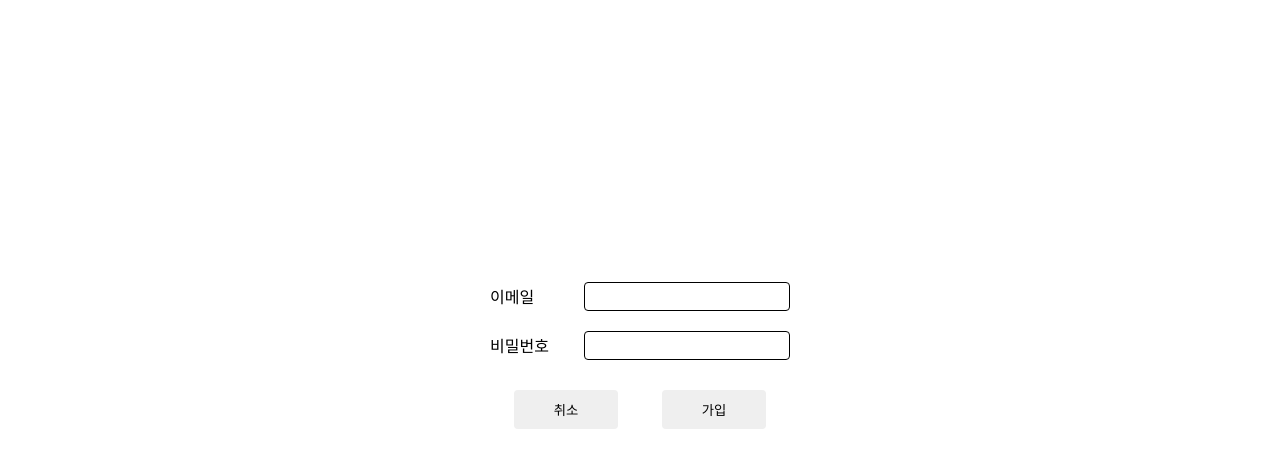
Repository: momo0170/react-shopping
Page: /register
The author's editor kept a copy of each file at every save. The page is drawn from the files as they stood at one save, then again after the next save.
The browser window is 1280 px wide. The pictures show the whole page.
The page's requests for data from a server got no answer. Some web fonts or font styles are not loaded; a fallback is used. The project was rebuilt for these pictures with package versions that can differ from the ones it lists, and the page was loaded fresh each time. No one was signed in, and anything a server would have sent is missing. Also part of the build but not shown: src/App.css, src/css/Header.module.css, src/components/Header.jsx, src/App.js, src/router/Products.jsx, src/css/Login.module.css, src/router/Login.jsx.

Above is the page before, as saved 2023-02-22 20:22:54.

### public/index.html
<!DOCTYPE html>
<html lang="en">
  <head>
    <meta charset="utf-8" />
    <link rel="icon" href="%PUBLIC_URL%/images/shopping.png" />
    <meta name="viewport" content="width=device-width, initial-scale=1" />
    <meta name="theme-color" content="#000000" />
    <meta
      name="description"
      content="Web site created using create-react-app"
    />
    <!-- <link rel="apple-touch-icon" href="%PUBLIC_URL%/logo192.png" /> -->
    <!--
      manifest.json provides metadata used when your web app is installed on a
      user's mobile device or desktop. See https://developers.google.com/web/fundamentals/web-app-manifest/
    -->

    <!--
      Notice the use of %PUBLIC_URL% in the tags above.
      It will be replaced with the URL of the `public` folder during the build.
      Only files inside the `public` folder can be referenced from the HTML.

      Unlike "/favicon.ico" or "favicon.ico", "%PUBLIC_URL%/favicon.ico" will
      work correctly both with client-side routing and a non-root public URL.
      Learn how to configure a non-root public URL by running `npm run build`.
    -->
    <title>Shoppy</title>
    <link rel="preconnect" href="https://fonts.googleapis.com" />
    <link rel="preconnect" href="https://fonts.gstatic.com" crossorigin />
    <link
      href="https://fonts.googleapis.com/css2?family=Nanum+Gothic+Coding&display=swap"
      rel="stylesheet"
    />
  </head>
  <body>
    <noscript>You need to enable JavaScript to run this app.</noscript>
    <div id="root"></div>
    <!--
      This HTML file is a template.
      If you open it directly in the browser, you will see an empty page.

      You can add webfonts, meta tags, or analytics to this file.
      The build step will place the bundled scripts into the <body> tag.

      To begin the development, run `npm start` or `yarn start`.
      To create a production bundle, use `npm run build` or `yarn build`.
    -->
  </body>
</html>

### src/index.js
import React from 'react';
import ReactDOM from 'react-dom/client';
import './index.css';
import App from './App';
import { createBrowserRouter, RouterProvider } from 'react-router-dom';
import Products from './router/Products';
import Login from './router/Login';
import Register from './router/Register';

const router = createBrowserRouter([
  {
    path: '/',
    element: <App />,
    children: [
      {
        index: true,
        element: <Products />,
      },
    ],
  },
  {
    path: '/login',
    element: <Login />,
  },
  {
    path: '/register',
    element: <Register />,
  },
]);
const root = ReactDOM.createRoot(document.getElementById('root'));
root.render(
  <RouterProvider router={router}>
    <App />
  </RouterProvider>
);

### src/index.css
:root {
  --margin-small: 5px;
  --margin-medium: 10px;
  --margin-large: 20px;
  --margin-xlarge: 30px;

  --font-xsmall: 14px;
  --font-small: 16px;
  --font-medium: 24px;
  --font-large: 32px;
  --font-xlarge: 36px;
  --font-xxlarge: 44px;
}

body {
  margin: 0;
  font-family: 'Nanum Gothic Coding', monospace;
}

button {
  font-family: 'Nanum Gothic Coding', monospace;
}

### src/router/Register.jsx
import React, { useState } from 'react';
import { registerUser } from '../firebase/Firebase-Auth';
import styles from '../css/Register.module.css';

export default function Register() {
  const [account, setAccount] = useState({
    email: '',
    password: '',
  });

  const onChangeAccount = (e) => {
    setAccount({
      ...account,
      [e.target.name]: e.target.value,
    });
  };

  // 회원가입
  const registerAccount = () => {
    const result = window.confirm('가입하시겠습니까?');
    result && registerUser(account.email, account.password);
  };
  console.log(`이메일 : ${account.email}`);
  console.log(`비밀번호 : ${account.password}`);
  return (
    <main className={styles.main}>
      <div className={styles.email}>
        <span>이메일</span>
        <input type="text" name="email" onChange={onChangeAccount} />
      </div>
      <div className={styles.password}>
        <span>비밀번호</span>
        <input type="password" name="password" onChange={onChangeAccount} />
      </div>
      <div className={styles.btns}>
        <button className={styles.cancelBtn}>취소</button>
        <button onClick={registerAccount} className={styles.registerBtn}>
          가입
        </button>
      </div>
    </main>
  );
}

### src/firebase/Firebase-Auth.js
import { initializeApp } from 'firebase/app';
import { getAuth, createUserWithEmailAndPassword } from 'firebase/auth';

const firebaseConfig = {
  apiKey: process.env.REACT_APP_API_KEY,
  authDomain: process.env.REACT_APP_AUTH_DOMAIN,
  databaseURL: process.env.REACT_APP_DATABASE_URL,
  projectId: process.env.REACT_APP_PROJECT_ID,
  storageBucket: process.env.REACT_APP_STORAGE_BUCKET,
  messagingSenderId: process.env.REACT_APP_MESSAGING_ID,
  appId: process.env.REACT_APP_APP_ID,
};

const app = initializeApp(firebaseConfig);
const auth = getAuth(app);

// firebase에 사용자 등록
export function registerUser(email, password) {
  createUserWithEmailAndPassword(auth, email, password)
    .then((userCredential) => {
      // Signed in
      const user = userCredential.user;
      console.log(user);
      // ...
    })
    .catch((error) => {
      console.log(error);
      // ..
    });
}

### src/css/Register.module.css
.main {
  display: flex;
  flex-direction: column;
  justify-content: center;
  align-items: center;
  width: 400px;
  height: 100vh;
  margin: 0 auto;
}

.email,
.password {
  width: 300px;
  display: flex;
  justify-content: space-between;
  align-items: center;
}

.email input,
.password input {
  width: 200px;
  height: 25px;
  margin: var(--margin-medium) 0;
  border: 0.5px solid black;
  border-radius: 4px;
}

.email input:focus,
.password input:focus {
  outline: 1px solid black;
}

.btns {
  display: flex;
  justify-content: space-evenly;
  width: 300px;
}
.btns * {
  border: none;
  border-radius: 4px;
  margin: var(--margin-large);
  padding: calc(var(--margin-large) / 2) calc(var(--margin-large) * 2);
}

After the next save:
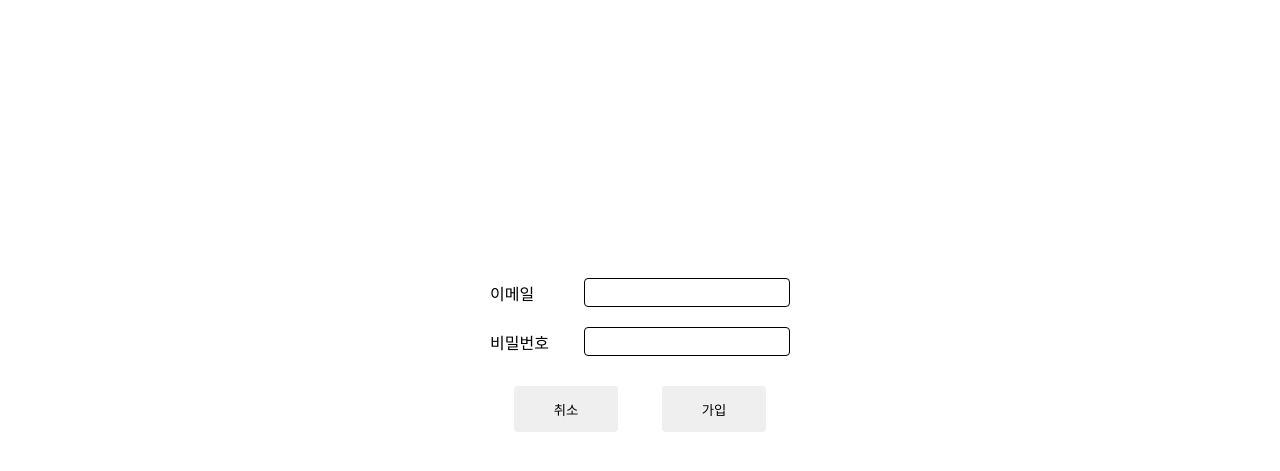
Saved 14 s later.
--- a/src/css/Register.module.css
+++ b/src/css/Register.module.css
@@ -39,5 +39,5 @@
   border: none;
   border-radius: 4px;
   margin: var(--margin-large);
-  padding: calc(var(--margin-large) / 2) calc(var(--margin-large) * 2);
+  padding: calc(var(--margin-large) / 1.5) calc(var(--margin-large) * 2);
 }
